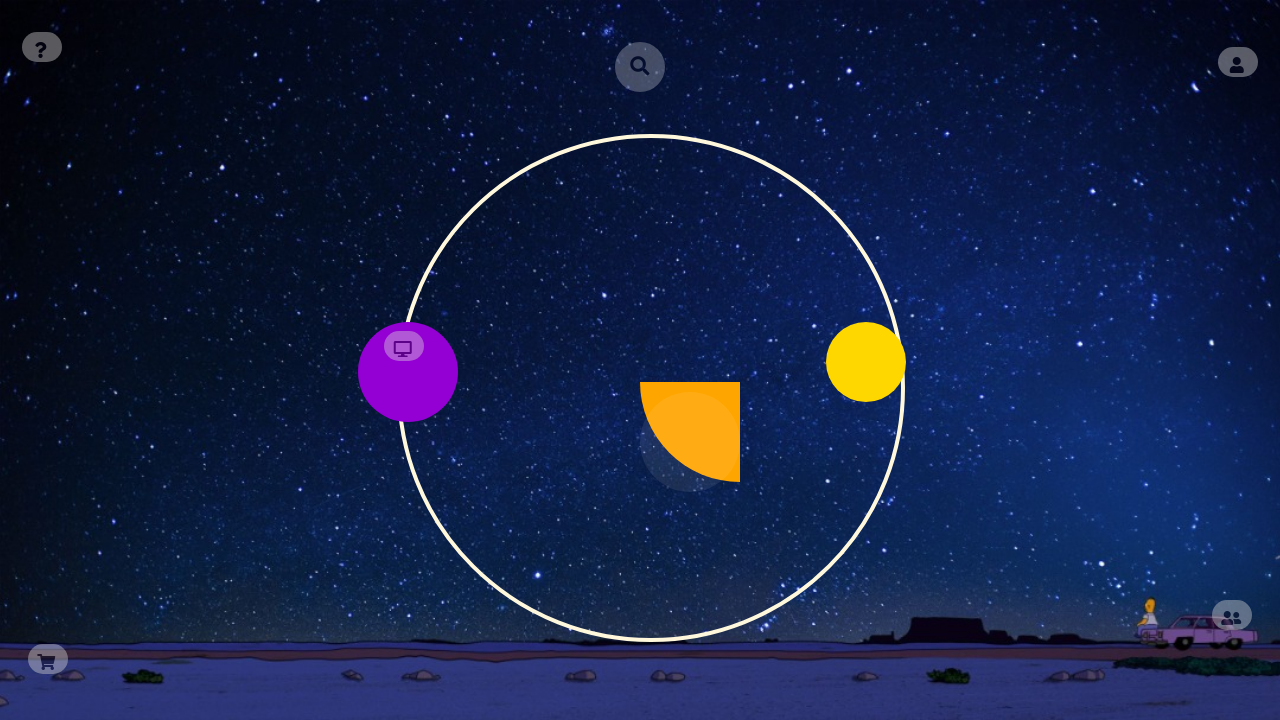
Repository: NFEL/Jupiter_shop
Page: Webpages/lnading page/landing.html
These files come from the project's save history. The page is drawn as it stood at one moment and after the next save; the edit follows.
The browser window is 1280 px wide. The pictures show the whole page.
Some web libraries are served in a nearby version.

Above is the page before, as saved 2020-11-27 03:44:37.

After the next save:
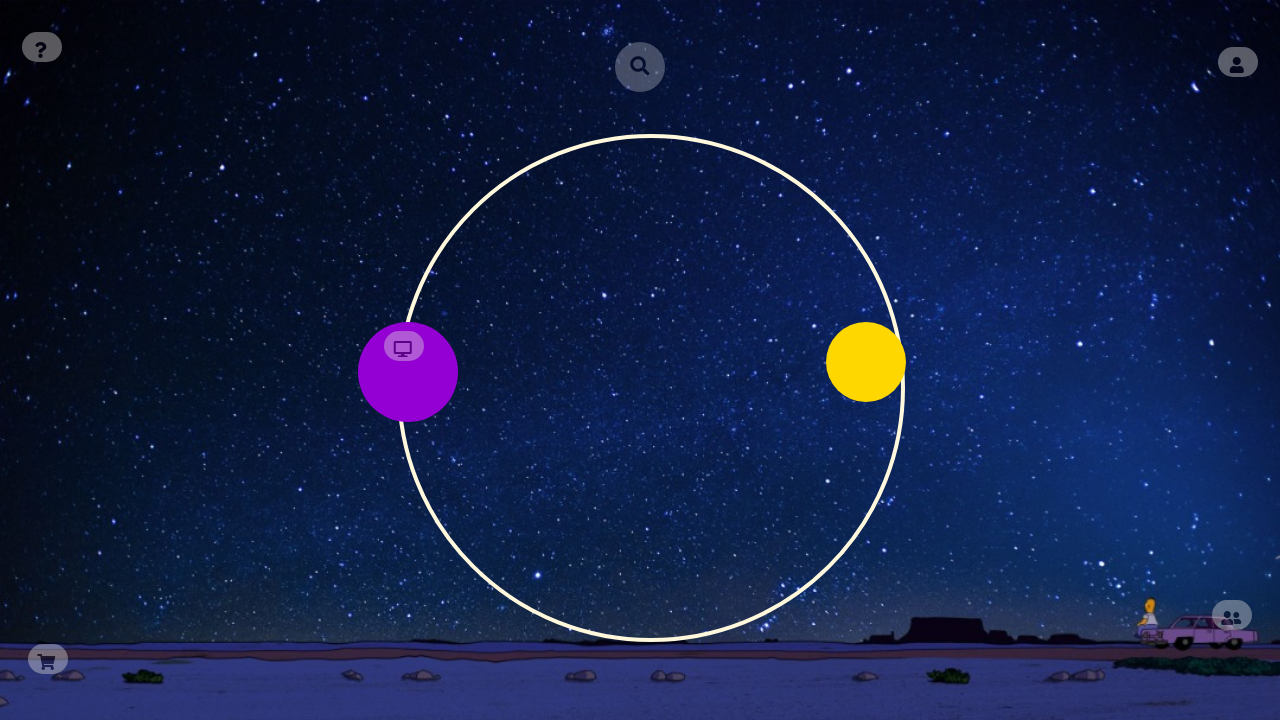
Saved 59 s later.
--- a/Webpages/lnading page/landing.css
+++ b/Webpages/lnading page/landing.css
@@ -194,37 +194,3 @@
       background-color: grey;
       visibility: hidden;
   }
-
-  .main {
-    position: relative;
-    width: 200px;
-    height: 200px;
-    margin: 0 auto;
-  }
-  .quarter {
-    position: absolute;
-    width: 50%;
-    height: 50%;
-    transition: background-color 0.2s ease-in-out;
-  }
-  .quarter:hover {
-    background-color: pink;
-  }
-  .quarter3 {
-    bottom: 180%;
-    left: 50%;
-    background-color: orange;
-    border-radius: 0 0 0 100%;
-  }
-
-  .cutout {
-    width: 50%;
-    height: 50%;
-    background-color: white;
-    position: absolute;
-    bottom: 175%;
-    left: 50%;
-    border-radius: 50%;
-    pointer-events: none;
-    opacity: 0.08;
-  }
